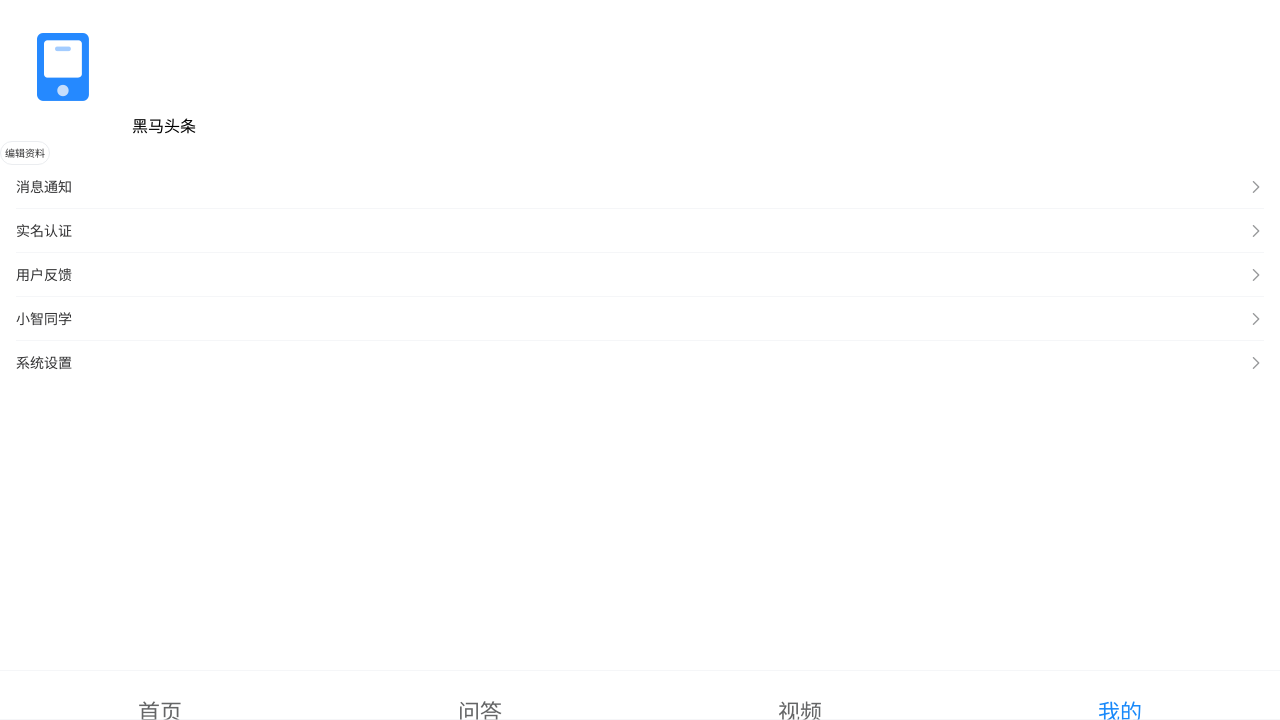
Repository: Tsukiau/yj-toutiao-m
Page: /#/my
An editor plug-in stored every save of this project. The page is shown before and after the next save, followed by the edit.
The browser window is 1280 px wide. The pictures show the whole page.
Some web fonts or font styles are not loaded; a fallback is used. The project was rebuilt for these pictures with package versions that can differ from the ones it lists, and the page was loaded fresh each time. Also part of the build but not shown: vue.config.js.

Above is the page before, as saved 2022-11-06 14:47:53.

### src/main.js
import Vue from 'vue'
import App from './App.vue'
import router from './router'
import store from './store'

import Vant from 'vant'
import 'vant/lib/index.css'
import 'amfe-flexible'

// 导入全局的样式文件
import './css/index.css'
Vue.use(Vant)
Vue.config.productionTip = false

new Vue({
  router,
  store,
  render: h => h(App)
}).$mount('#app')

### src/App.vue
<template>
  <div id="app">
    <router-view></router-view>
  </div>
</template>

<style lang="less">
</style>

### src/router/index.js
import Vue from 'vue'
import VueRouter from 'vue-router'

Vue.use(VueRouter)

const routes = [
  {
    path: '/',
    redirect: '/layout'
  },
  {
    path: '/login',
    name: 'login',
    component: () => import('@/views/login')
  },
  {
    path: '/layout',
    name: 'layout',
    component: () => import('@/views/layout'),
    children: [
      {
        path: '/home',
        name: 'home',
        component: () => import('@/views/home')
      },
      {
        path: '/my',
        name: 'my',
        component: () => import('@/views/my')
      },
      {
        path: '/ask',
        name: 'ask',
        component: () => import('@/views/ask')
      },
      {
        path: '/video',
        name: 'video',
        component: () => import('@/views/video')
      }
    ]
  },

]

const router = new VueRouter({
  routes
})

export default router

### src/store/index.js
import Vue from 'vue'
import Vuex from 'vuex'

import user from './modules/user'
Vue.use(Vuex)

export default new Vuex.Store({
   modules: {
     user
   }

})

### src/css/index.css
@font-face {
  font-family: "iconfont";
  /* Project id 3671134 */
  src: url('//at.alicdn.com/t/c/font_3671134_2emfzv8sq1v.woff2?t=1664107686856') format('woff2'), url('//at.alicdn.com/t/c/font_3671134_2emfzv8sq1v.woff?t=1664107686856') format('woff'), url('//at.alicdn.com/t/c/font_3671134_2emfzv8sq1v.ttf?t=1664107686856') format('truetype');
}
.iconfont {
  font-family: "iconfont" !important;
  font-size: 16px;
  font-style: normal;
  -webkit-font-smoothing: antialiased;
  -moz-osx-font-smoothing: grayscale;
}
.icon-fenxiang:before {
  content: "\e60a";
}
.icon-zuopin:before {
  content: "\e60b";
}
.icon-pinglun1:before {
  content: "\e60c";
}
.icon-guanbi:before {
  content: "\e60d";
}
.icon-gengduo:before {
  content: "\e60e";
}
.icon-shanchu:before {
  content: "\e60f";
}
.icon-shouye1:before {
  content: "\e610";
}
.icon-shoucang:before {
  content: "\e611";
}
.icon-shouji1:before {
  content: "\e612";
}
.icon-zuojiantou:before {
  content: "\e613";
}
.icon-sousuo:before {
  content: "\e614";
}
.icon-dianzan:before {
  content: "\e615";
}
.icon-wenda:before {
  content: "\e616";
}
.icon-wuwangluo1:before {
  content: "\e617";
}
.icon-fenxiang1:before {
  content: "\e618";
}
.icon-dianzan2:before {
  content: "\e619";
}
.icon-shipin:before {
  content: "\e61a";
}
.icon-yanzhengma:before {
  content: "\e61b";
}
.icon-lishi1:before {
  content: "\e61c";
}
.icon-wode:before {
  content: "\e61d";
}
.icon-youjiantou:before {
  content: "\e61e";
}
.icon-zuopin1:before {
  content: "\e61f";
}
.icon-yuedu:before {
  content: "\e620";
}
.icon-pinglun:before {
  content: "\e601";
}
.icon-lishi:before {
  content: "\e602";
}
.icon-shouye:before {
  content: "\e603";
}
.icon-shouji:before {
  content: "\e604";
}
.icon-wuwangluo:before {
  content: "\e605";
}
.van-nav-bar {
  background-color: #3296fa;
}
.van-nav-bar /deep/ .van-nav-bar__title {
  color: #fff;
}

### src/views/layout/index.vue
<template>
  <div class="layout-container">

    <!-- 标签导航栏 -->
    <van-tabbar class="layout-tabbar"  route>
      <van-tabbar-item to="/">
        <i slot="icon" class="iconfont icon-shouye"></i>
        <span class="text">首页</span>
      </van-tabbar-item >
      <!--  -->
      <van-tabbar-item to="/ask">
        <i slot="icon" class="iconfont icon-wenda"></i>
        <span class="text">问答</span>
      </van-tabbar-item>
      <!--  -->
      <van-tabbar-item to="/video">
        <i slot="icon" class="iconfont icon-shipin"></i>
        <span class="text">视频</span>
      </van-tabbar-item>
      <!--  -->
      <van-tabbar-item to="/my">
        <i slot="icon" class="iconfont icon-wode"></i>
        <span class="text">我的</span>
      </van-tabbar-item>
    </van-tabbar>
    <router-view />
  </div>
</template>

<script>
export default {
  name: 'layou',
  data() {
    return {
    }
  }
}
</script>

<style lang="less" scoped>
.layout-container {
  .layout-tabbar {
    i.iconfont {
      font-size: 30px;
    }
    span.text {
      font-size: 22px;
    }
  }
}
</style>

### src/views/my/index.vue
<template>
  <div class="my-container">
    <div class="header userInfo">
      <div class="left">
        <img
        class="mobile-img"
        src="~@/assets/mobile.png"
        @click="$router.push('/login')"
      >
      <span class="name">黑马头条</span>
      </div>
     <div class="right">
      <van-button type="default" size="mini" round>编辑资料</van-button>
     </div>
    </div>
    <!--  -->
    <div class="data"></div>
    <!--  -->
    <div class="grid-nav"></div>
    <van-cell title="消息通知" is-link url="" />
    <van-cell title="实名认证" is-link url="" />
    <van-cell title="用户反馈" is-link url="" />
    <van-cell title="小智同学" is-link url="" />
    <van-cell title="系统设置" is-link url="" />
  </div>
</template>

<script>
export default {
  name: 'MyIndex',
  components: {},
  props: {},
  data () {
    return {}
  },
  computed: {},
  watch: {},
  created () {},
  mounted () {},
  methods: {}
}
</script>

<style scoped lang="less">
.my-container {

}
</style>

### src/store/modules/user.js
import { getToken, setToken } from '@/utils/Cookies'
import {login } from '@/api/user'

const state = {
  token: getToken()
}
const mutations = {
  setToken(state, token) {
    state.token = token
    setToken(token)
  }
}
const actions = {
   async getLogin(context, data) {
    const {token} = await login(data)
    context.commit('setToken',token)

  }
}
export default {
  namespaced: true,
  state,
  mutations,
  actions

}

### src/api/user.js
import request from '@/utils/request'

// 发送短信验证码
export function getSms (mobile) {
  return request({
    method: 'GET',
    url: `/v1_0/sms/codes/${mobile}`
  })
}

/**
 * 用户登录
 */
export function login(data) {
  return request({
    method: 'POST',
    url: '/v1_0/authorizations',
    data
  })
}

### src/utils/Cookies.js
import Cookies from 'js-cookie'

const Token = 'Token'

export function getToken(){
   return Cookies.get(Token)
}

export function setToken(token){
    return Cookies.set(Token, token)
}

export function removeToken(){
    return Cookies.remove(Token)
}

### src/utils/request.js
import axios from 'axios'

const request = axios.create({
  baseURL: 'http://toutiao.itheima.net/',
  timeout: 5000
})

request.interceptors.response.use(response => {
  const { message, data } = response.data
  if (!message) return Promise.reject(new Error(message))
  return data
})

export default request

Loaded but not shown: public/index.html (common file)

After the next save:
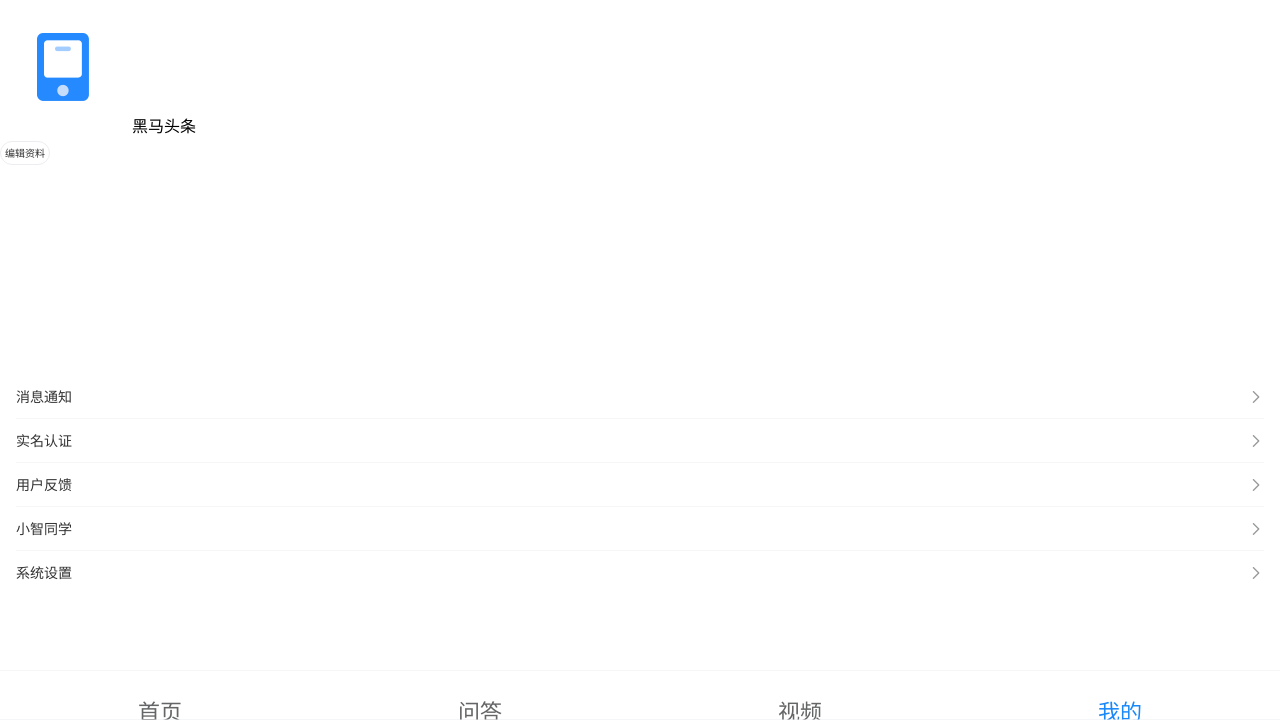
Saved 2 min 28 s later.
--- a/src/views/my/index.vue
+++ b/src/views/my/index.vue
@@ -43,6 +43,8 @@ export default {
 
 <style scoped lang="less">
 .my-container {
-
+ .header{
+   height: 375px;
+ }
 }
 </style>
